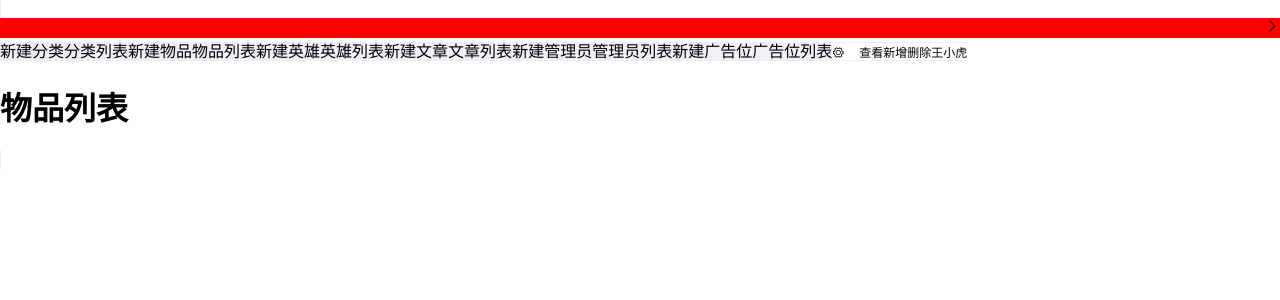
Repository: zqw980624/aaa
Page: /ad/list (app in admin/)
An editor plug-in stored every save of this project. The page is shown before and after a run of saves, followed by the edit.
The browser window is 1280 px wide. The pictures show the whole page.
The page's requests for data from a server got no answer. The project was rebuilt for these pictures with package versions that can differ from the ones it lists, and the page was loaded fresh each time. No one was signed in, and anything a server would have sent is missing. Also part of the build but not shown: admin/src/views/CategoryEditor.vue, admin/src/views/CategoryList.vue, admin/src/views/ItemEditor.vue, admin/src/views/ItemList.vue, admin/src/views/HeroEditor.vue, admin/src/views/HeroList.vue, admin/src/views/ArticleEditor.vue, admin/src/views/ArticleList.vue and 3 more. Imported but missing from the stored project, and not drawn on this page: admin/src/plugins/element.js.

Above is the page before, as saved 2020-03-09 23:00:57.

### admin/src/main.js
import Vue from 'vue';
import App from './App.vue';
import './plugins/element.js'
import router from './router'

Vue.config.productionTip = false;

import http from "./http"
Vue.prototype.$http = http

new Vue({
  router,
  render: (h) => h(App)
}).$mount('#app');

### admin/src/App.vue
<template>
  <div id="app">
   <router-view></router-view>
  </div>
</template>

<style>
  html,body{
    margin: 0;
    padding: 0;
  }
</style>

### admin/src/router/index.js
import Vue from 'vue'
import VueRouter from 'vue-router'
import Main from '../views/Main.vue'
import CategoryEditor from '../views/CategoryEditor.vue'
import CategoryList from '../views/CategoryList.vue'

import ItemEditor from '../views/ItemEditor.vue'
import ItemList from '../views/ItemList.vue'

import HeroEditor from '../views/HeroEditor.vue'
import HeroList from '../views/HeroList.vue'

import ArticleEditor from '../views/ArticleEditor.vue'
import ArticleList from '../views/ArticleList.vue'

import AdsEditor from '../views/AdsEditor.vue'
import AdsList from '../views/AdsList.vue'

import AdministratorEditor from '../views/AdministratorEditor.vue'
import AdministratorList from '../views/AdministratorList.vue'
Vue.use(VueRouter)

const routes = [
  {
    path: '/',
    name: 'Main',
    component: Main,
    children:[
      {path:"category/create",component:CategoryEditor},
      {path:"category/editor/:id",component:CategoryEditor,props:true},
      {path:"category/list",component:CategoryList},

      {path:"item/create",component:ItemEditor},
      {path:"item/editor/:id",component:ItemEditor,props:true},
      {path:"item/list",component:ItemList},

      {path:"hero/create",component:HeroEditor},
      {path:"hero/editor/:id",component:HeroEditor,props:true},
      {path:"hero/list",component:HeroList},

      {path:"article/create",component:ArticleEditor},
      {path:"article/editor/:id",component:ArticleEditor,props:true},
      {path:"article/list",component:ArticleList},

      {path:"ad/create",component:AdsEditor},
      {path:"ad/editor/:id",component:AdsEditor,props:true},
      {path:"ad/list",component:AdsList},

      {path:"administrator/create",component:AdministratorEditor},
      {path:"administrator/editor/:id",component:AdministratorEditor,props:true},
      {path:"administrator/list",component:AdministratorList},


    ]
  }
]

const router = new VueRouter({
  mode: 'history',
  base: process.env.BASE_URL,
  routes
})

export default router

### admin/src/http.js
import axios from "axios";

const http = axios.create({
    baseURL:"http://localhost:3000/admin/api"
})

export default http

### admin/src/views/Main.vue

<template>
  <el-container style="height: 100vh; border: 1px solid #eee">
    <el-aside width="200px" style="background-color: rgb(238, 241, 246)">
      <el-menu
        router
        :default-active="$route.path"
        :default-openeds="['1']"
        unique-opened
        background-color="#404040"
        text-color="#aaa"
        active-text-color="#ff4238"
        :collapse="isCollapse"
      >
     <div class="toggle"> <i  class="el-icon-arrow-right" @click="toggle"></i></div>



        <!-- <el-radio-group v-model="isCollapse" style="margin-bottom: 20px;">
          <el-radio-button :label="false">展开</el-radio-button>
          <el-radio-button :label="true">收起</el-radio-button>
        </el-radio-group> -->
        <el-submenu index="1">
          <template slot="title">
            <i class="el-icon-message"></i>
            <span slot="title">内容管理</span>
          </template>
          <el-menu-item-group>
            <template slot="title">分类</template>
            <el-menu-item index="/category/create">新建分类</el-menu-item>
            <el-menu-item index="/category/list">分类列表</el-menu-item>
          </el-menu-item-group>
          <el-menu-item-group>
            <template slot="title">物品</template>
            <el-menu-item index="/item/create">新建物品</el-menu-item>
            <el-menu-item index="/item/list">物品列表</el-menu-item>
          </el-menu-item-group>
        </el-submenu>

        <el-submenu index="2">
          <template slot="title">
            <i class="el-icon-message"></i>
            <span slot="title">系统管理</span>
          </template>
          <el-menu-item-group>
            <template slot="title">英雄</template>
            <el-menu-item index="/hero/create">新建英雄</el-menu-item>
            <el-menu-item index="/hero/list">英雄列表</el-menu-item>
          </el-menu-item-group>
          <el-menu-item-group>
            <template slot="title">文章</template>
            <el-menu-item index="/article/create">新建文章</el-menu-item>
            <el-menu-item index="/article/list">文章列表</el-menu-item>
          </el-menu-item-group>
        </el-submenu>

        <el-submenu index="3">
         <template slot="title">
            <i class="el-icon-message"></i>
            <span slot="title">管理员管理</span>
          </template>
          <el-menu-item-group>
            <template slot="title">管理员</template>
            <el-menu-item index="/administrator/create">新建管理员</el-menu-item>
            <el-menu-item index="/administrator/list">管理员列表</el-menu-item>
          </el-menu-item-group>
          <el-menu-item-group>
            <template slot="title">广告位</template>
            <el-menu-item index="/ad/create">新建广告位</el-menu-item>
            <el-menu-item index="/ad/list">广告位列表</el-menu-item>
          </el-menu-item-group>
        </el-submenu>
      </el-menu>
    </el-aside>

    <el-container>
      <el-header style="text-align: right; font-size: 12px">
        <el-dropdown>
          <i class="el-icon-setting" style="margin-right: 15px"></i>
          <el-dropdown-menu slot="dropdown">
            <el-dropdown-item>查看</el-dropdown-item>
            <el-dropdown-item>新增</el-dropdown-item>
            <el-dropdown-item>删除</el-dropdown-item>
          </el-dropdown-menu>
        </el-dropdown>
        <span>王小虎</span>
      </el-header>

      <el-main>
        <router-view></router-view>
      </el-main>
    </el-container>
  </el-container>
</template>
<script>
export default {
  data() {
    return {
      isCollapse: true
    };
  },
  methods: {
    toggle(){
      this.isCollapse = !this.isCollapse;
    }
  }
};
</script>
<style>

.toggle{
 height: 20px;
  position: relative;
  background-color: red;

}
.toggle i{
  position: absolute;
  height: 20px;
  right: 0;
}
.el-header {
  background-color: #b3c0d1;
  color: #333;
  line-height: 60px;
}

.el-aside {
  color: #333;
}
</style>

### admin/src/views/AdsList.vue
<template>
  <div>
    <h1>物品列表</h1>
    <el-table :data="items">
      <el-table-column prop="_id" label="ID"></el-table-column>
      <el-table-column prop="name" label="名称"></el-table-column>

      <el-table-column label="操作">
        <template slot-scope="scope">
          <el-button size="mini" @click="$router.push(`/ad/editor/${scope.row._id}`)">编辑</el-button>
          <el-button size="mini" type="danger" @click="remove( scope.row)">删除</el-button>
        </template>
      </el-table-column>
    </el-table>
  </div>
</template>

<script>
export default {
  data() {
    return {
      items: []
    };
  },
  methods: {
    async fetch() {
      console.log(123456789)
      let res = await this.$http.get("/rest/ads");
       console.log(1234567899999)
      console.log(res.data)
      this.items = res.data;

    },
    async remove(row) {
      this.$confirm(`是否删除分类"${row.name}"?`, "提示", {
        confirmButtonText: "确定",
        cancelButtonText: "取消",
        type: "warning"
      })
        .then(async () => {
          let res = await this.$http({
            method: "delete",
            url: `/rest/ads/${row._id}`
          });
          if (res.data) {
            this.$message({
              type: "success",
              message: "删除成功!"
            });
            this.fetch();
          }
        })
        .catch(() => {
          this.$message({
            type: "info",
            message: "已取消删除"
          });
        });
    }
  },
  created() {
    this.fetch();
  }
};
</script>

Loaded but not shown: admin/public/index.html (common file)

After the next 2 saves:
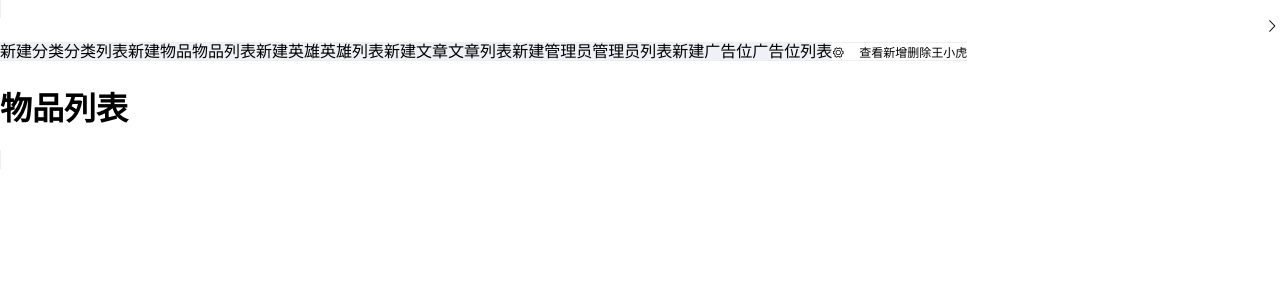
The 2 saves are shown as one change because they came seconds apart.
The last was saved 18 s later.
--- a/admin/src/views/Main.vue
+++ b/admin/src/views/Main.vue
@@ -109,9 +109,8 @@ export default {
 <style>
 
 .toggle{
- height: 20px;
+  height: 20px;
   position: relative;
-  background-color: red;
 
 }
 .toggle i{
